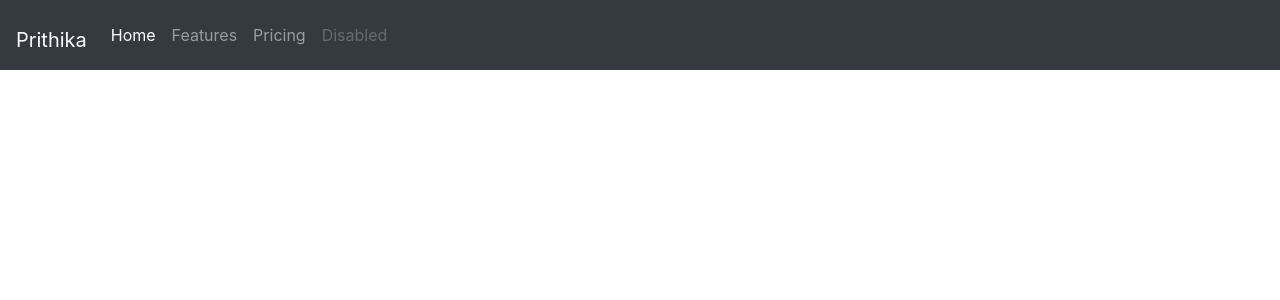
Repository: Imprasna/pritk
Page: index.html
These files come from the project's save history. The page is drawn as it stood at one moment and after the next save; the edit follows.
The browser window is 1280 px wide. The pictures show the whole page.

Above is the page before, as saved 2021-12-15 14:14:16.

### index.html
<!DOCTYPE html>
<html lang="en">

<head>
    <meta charset="UTF-8">
    <meta http-equiv="X-UA-Compatible" content="IE=edge">
    <meta name="viewport" content="width=device-width, initial-scale=1.0">
    <link rel="stylesheet" href="style.css">
    <link rel="stylesheet" href="https://cdn.jsdelivr.net/npm/bootstrap@4.6.1/dist/css/bootstrap.min.css" integrity="sha384-zCbKRCUGaJDkqS1kPbPd7TveP5iyJE0EjAuZQTgFLD2ylzuqKfdKlfG/eSrtxUkn" crossorigin="anonymous">
    <title>Prithika</title>
</head>

<body>

    <header>
        <nav class="navbar navbar-expand-lg navbar-dark bg-dark">
            <a class="navbar-brand" href="#">Prithika</a>
            <button class="navbar-toggler" type="button" data-toggle="collapse" data-target="#navbarNav" aria-controls="navbarNav" aria-expanded="false" aria-label="Toggle navigation">
              <span class="navbar-toggler-icon"></span>
            </button>
            <div class="collapse navbar-collapse" id="navbarNav">
              <ul class="navbar-nav">
                <li class="nav-item active">
                  <a class="nav-link" href="#">Home <span class="sr-only">(current)</span></a>
                </li>
                <li class="nav-item">
                  <a class="nav-link" href="#">Features</a>
                </li>
                <li class="nav-item">
                  <a class="nav-link" href="#">Pricing</a>
                </li>
                <li class="nav-item">
                  <a class="nav-link disabled">Disabled</a>
                </li>
              </ul>
            </div>
          </nav>
    </header>



    <main>
    </main>

    <footer></footer>










    <script src="https://cdn.jsdelivr.net/npm/jquery@3.5.1/dist/jquery.slim.min.js" integrity="sha384-DfXdz2htPH0lsSSs5nCTpuj/zy4C+OGpamoFVy38MVBnE+IbbVYUew+OrCXaRkfj" crossorigin="anonymous"></script>
    <script src="https://cdn.jsdelivr.net/npm/popper.js@1.16.1/dist/umd/popper.min.js" integrity="sha384-9/reFTGAW83EW2RDu2S0VKaIzap3H66lZH81PoYlFhbGU+6BZp6G7niu735Sk7lN" crossorigin="anonymous"></script>
    <script src="https://cdn.jsdelivr.net/npm/bootstrap@4.6.1/dist/js/bootstrap.min.js" integrity="sha384-VHvPCCyXqtD5DqJeNxl2dtTyhF78xXNXdkwX1CZeRusQfRKp+tA7hAShOK/B/fQ2" crossorigin="anonymous"></script>
    <script src="app.js"></script>
</body>

</html>

### style.css
@import url('https://fonts.googleapis.com/css2?family=Mulish:wght@200;300;400;500;600;700&display=swap');

* {
    margin: 0;
    padding: 0;
    box-sizing: border-box;
}

html, body {
    font-family: 'Mulish', sans-serif;
    scroll-behavior: smooth;
}


.about-tools ul li, .contact-social-icons ul a li {
  text-align: center; }

.centered {
  float: none;
  margin-left: auto;
  margin-right: auto; }

.break {
  clear: both;
  margin-top: 10px; }

@media (min-width: 768px) {
  .pull-right-sm {
    float: right !important; }

  .pull-left-sm {
    float: left !important; } }
@media (min-width: 992px) {
  .pull-right-md {
    float: right !important; }

  .pull-left-md {
    float: left !important; } }
@media (min-width: 1200px) {
  .pull-right-lg {
    float: right !important; }

  .pull-left-lg {
    float: left !important; } }
* {
  box-sizing: border-box; }

/* html {
  position: relative;
  height: 100%; } */

img {
  width: 100%; }

/* body {
  height: 100%;
  font-family: "Comfortaa", Helvetica, Arial, sans-serif;
  background-color: #25b79f;
  margin-bottom: 60px; } */
  /* Margin bottom by footer height */

h1,
h2,
h3,
h4,
h5 {
  font-family: "Comfortaa", Helvetica, Arial, sans-serif;
  color: #07374a; }

p {
  font-family: "Quattrocento", sans-serif;
  color: #f0f0e6; }

body > .container-fluid {
  padding: 60px 15px 0; }

.container-fluid .text-muted {
  margin: 20px 0; }

.btn:focus, a:focus {
  outline: none !important; }

.navbar {
  height: 70px;
  background-color: transparent;
  background: transparent;
  border: none;
  color: #f0f0e6;
  z-index: 100;
  margin-bottom: 0;
  border-radius: 0;
  transition: background-color 1s ease 0s; }

.navbar-brand {
  display: none;
  margin-top: 10px;
  color: #f0f0e6;
  font-weight: 400; }

.navbar-default .navbar-nav > li > a {
  color: #f0f0e6;
  font-weight: 500;
  font-size: 1em;
  text-transform: lowercase;
  margin: 10px 5px 5px 5px;
  border-radius: 5px; }
.navbar-default .navbar-nav > li > a:hover, .navbar-default .navbar-nav > li > a:active, .navbar-default .navbar-nav > li > a:focus {
  color: #f0f0e6;
  border: 1px solid #f0f0e6; }
.navbar-default .navbar-nav > li > a:visited {
  color: #f0f0e6;
  text-decoration: none; }
.navbar-default .navbar-nav > .active > a, .navbar-default .navbar-nav > .active > a:hover, .navbar-default .navbar-nav > .active > a:focus {
  background-color: transparent;
  color: #f0f0e6; }
.navbar-default .navbar-toggle {
  border-color: #f0f0e6; }
  .navbar-default .navbar-toggle:hover, .navbar-default .navbar-toggle:focus {
    background-color: #07374a; }
  .navbar-default .navbar-toggle .icon-bar {
    color: #f0f0e6;
    background-color: #f0f0e6; }
.navbar-default .navbar-collapse.collapse.in ul {
  background-color: #07374a; }

/* Solid class attached on scroll past first section */
.navbar.solid {
  background-color: #07374a;
  transition: background-color 1s ease 0s;
  box-shadow: 0 0 4px rgba(7, 55, 74, 0.2); }
  .navbar.solid .navbar-brand {
    display: inline-block;
    color: #f0f0e6;
    transition: color 1s ease 0s; }
  .navbar.solid .navbar-nav > li > a {
    color: #f0f0e6;
    transition: color 1s ease 0s; }

.cover {
  padding: 10% 0 10% 0; }
  .cover.top {
    padding: 15% 0 10% 0;
    height: 100vh;
    display: flex;
    background-color: #25b79f; }
  .cover.bottom {
    padding: 10% 0 10% 0; }

.headline {
  padding-top: 6.25em; }
  @media screen and (min-width: 768px) {
    .headline {
      padding-top: 3.75em; } }
  @media screen and (min-width: 992px) {
    .headline {
      padding-top: 1.5625em; } }
  @media screen and (min-width: 1200px) {
    .headline {
      padding-top: 0px; } }

#about {
  background-color: #07374a; }
  #about h2 {
    color: #25b79f; }

.profile-img {
  margin-bottom: 15px;
  width: 120px; }

.about, .about-info, .about-tools, .about-last {
  padding: 4% 10% 1% 10%;
  font-size: 1.25em; }
  .about-tools {
    padding-top: 4.375em;
    font-weight: 700;
    font-size: 1.5em; }
    @media screen and (min-width: 992px) {
      .about-tools {
        padding-top: 5.625em; } }
    .about-tools ul:first-child {
      padding-left: 0px; }
    .about-tools ul {
      color: #25b79f;
      list-style: none; }
      .about-tools ul li {
        padding-top: 0.75em; }
  .about-last {
    padding-top: 3.125em;
    padding-bottom: 0;
    font-size: 1.125em; }
    @media screen and (min-width: 992px) {
      .about-last {
        padding-top: 0; } }
    .about-last p {
      color: #25b79f; }

#portfolio {
  background-color: #25b79f; }
  #portfolio h2 {
    padding-bottom: 1.25em; }

@media screen and (min-width: 768px) {
  .portfolio-projects {
    margin-top: 0.625em; } }
.portfolio-projects--title {
  margin-top: 0.9375em; }
  @media screen and (min-width: 768px) {
    .portfolio-projects--title {
      margin-top: 20%; } }
  @media screen and (min-width: 1200px) {
    .portfolio-projects--title {
      margin-top: 5%; } }
@media screen and (min-width: 768px) {
  .portfolio-projects--desc {
    margin-top: 10%;
    margin-bottom: 10%; } }
.portfolio-projects--btn {
  background: transparent;
  color: #07374a;
  border: 1px solid #07374a;
  border-radius: 5px;
  margin-bottom: 1.25em; }
  .portfolio-projects--btn:hover {
    background: #07374a;
    color: #f0f0e6; }
.portfolio-projects--image {
  margin-bottom: 1.875em;
  padding-top: 5%; }

#contact {
  background-color: #07374a; }
  #contact h2 {
    color: #25b79f; }

.contact-social-icons p {
  color: #25b79f; }
.contact-social-icons ul a {
  color: #25b79f;
  list-style: none; }
  .contact-social-icons ul a:hover {
    color: #f0f0e6; }
  .contact-social-icons ul a li {
    display: inline-block;
    padding: 2%; }

.footer {
  bottom: 0;
  width: 100%;
  /* Set the fixed height of the footer here */
  height: 30px;
  background-color: #07374a;
  color: #f0f0e6; }

#scrollIcon, #scrollTopIcon {
  margin-top: 200px;
  padding: 10px;
  font-size: 1.5em;
  color: #07374a;
  border: solid 2px #07374a;
  border-radius: 50%; }

#scrollTopIcon {
  margin-top: 10px;
  font-size: 1em;
  color: #f0f0e6;
  border-color: #f0f0e6; }

.back-to-top {
  display: none; }
  .back-to-top.visible {
    display: block; }

### app.js
$(document).ready(function() {

    // Transition effect for navbar and back-to-top icon
    $(window).scroll(function() {
      // checks if window is scrolled more than 500px, adds/removes solid class
      if($(this).scrollTop() > 550) {
          $('.navbar').addClass('solid');
          $('.back-to-top').addClass('visible');
      } else {
          $('.navbar').removeClass('solid');
          $('.back-to-top').removeClass('visible');
      }

    });


    // Scrolling effect for Arrow icons
    $("#scrollIcon").click(function(e) {
        e.preventDefault();
        $.scrollTo($("#about"), 1000);
    });
    $("#nav-about").click(function(e) {
        e.preventDefault();
        $.scrollTo($("#about"), 1000);
    });
    $("#nav-portfolio").click(function(e) {
        e.preventDefault();
        $.scrollTo($("#portfolio"), 1000);
    });
    $("#nav-contact").click(function(e) {
        e.preventDefault();
        $.scrollTo($("#contact"), 1000);
    });
    $(".navbar-brand").click(function(e) {
        e.preventDefault();
        $.scrollTo(0, 1000);
    });

  });

After the next save:
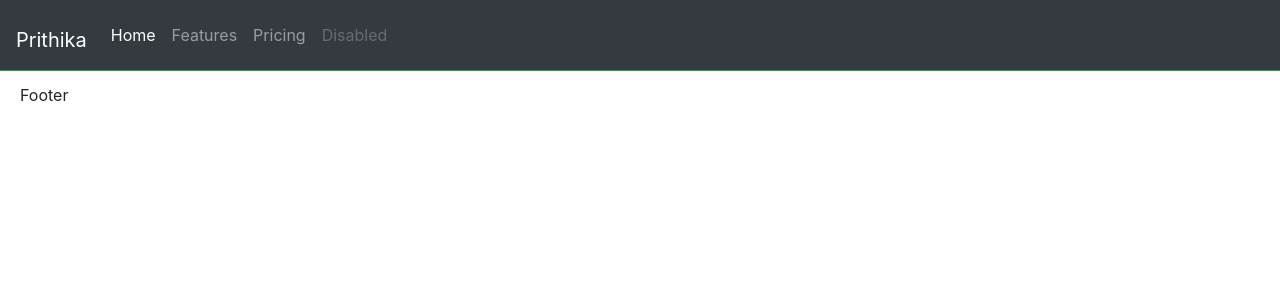
Saved 42 s later.
--- a/index.html
+++ b/index.html
@@ -42,7 +42,9 @@
     <main>
     </main>
 
-    <footer></footer>
+    <footer>
+        <div class="card-footer bg-transparent border-success">Footer</div>
+    </footer>
 
 
 
